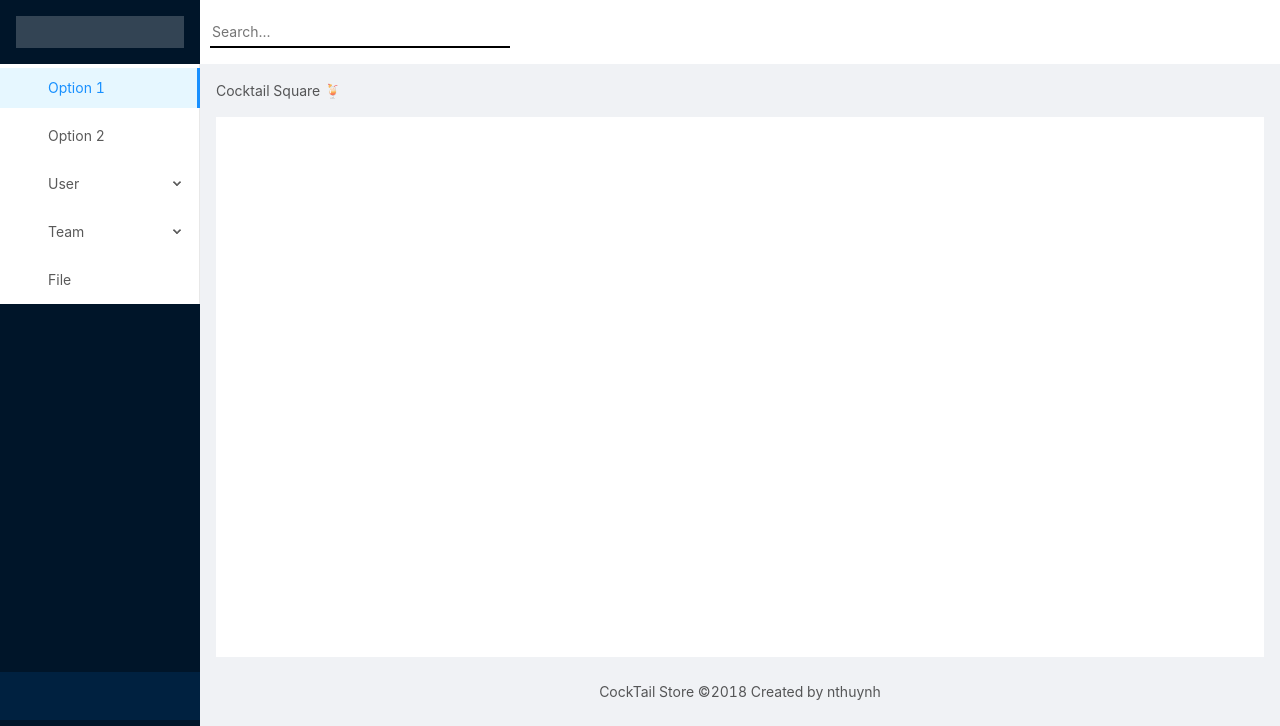
Repository: huynhnt1406/cocktail
Page: /
These files come from the project's save history. The page is drawn as it stood at one moment and after the next save; the edit follows.
The browser window is 1280 px wide. The pictures show the whole page.
The page's requests for data from a server got no answer. The project was rebuilt for these pictures with package versions that can differ from the ones it lists, and the page was loaded fresh each time. No one was signed in, and anything a server would have sent is missing.

Above is the page before, as saved 2021-05-06 00:25:33.

### public/index.html
<!DOCTYPE html>
<html lang="">
  <head>
    <meta charset="utf-8">
    <meta http-equiv="X-UA-Compatible" content="IE=edge">
    <meta name="viewport" content="width=device-width,initial-scale=1.0">
    <link rel="icon" href="<%= BASE_URL %>favicon.ico">
    <title><%= htmlWebpackPlugin.options.title %></title>
    <link rel="preconnect" href="https://fonts.gstatic.com">
    <link href="https://fonts.googleapis.com/css2?family=Poppins:ital,wght@0,200;0,300;1,400&display=swap" rel="stylesheet">
  </head>
  <body>
    <noscript>
      <strong>We're sorry but <%= htmlWebpackPlugin.options.title %> doesn't work properly without JavaScript enabled. Please enable it to continue.</strong>
    </noscript>
    <div id="app"></div>
    <!-- built files will be auto injected -->
  </body>
</html>

### src/main.js
import Vue from 'vue'
import App from './App.vue'
import store from './store/index'
import router from './router/index'
import 'ant-design-vue/dist/antd.css';
import Antd from 'ant-design-vue';
Vue.config.productionTip = false
Vue.use(Antd);
new Vue({
  store,
  router,
  render: h => h(App),
}).$mount('#app')

### src/App.vue
<template>
  <a-layout id="components-layout-demo-side" theme="light"  style="min-height: 100vh">
    <a-layout-sider v-model="collapsed" collapsible>
      <div class="logo" />
      <a-menu theme="light" :default-selected-keys="['1']" mode="inline">
        <a-menu-item key="1">
          <a-icon type="pie-chart" />
          <span>Option 1</span>
        </a-menu-item>
        <a-menu-item key="2">
          <a-icon type="desktop" />
          <span>Option 2</span>
        </a-menu-item>
        <a-sub-menu key="sub1">
          <span slot="title"><a-icon type="user" /><span>User</span></span>
          <a-menu-item key="3">
            Tom
          </a-menu-item>
          <a-menu-item key="4">
            Bill
          </a-menu-item>
          <a-menu-item key="5">
            Alex
          </a-menu-item>
        </a-sub-menu>
        <a-sub-menu key="sub2">
          <span slot="title"><a-icon type="team" /><span>Team</span></span>
          <a-menu-item key="6">
            Team 1
          </a-menu-item>
          <a-menu-item key="8">
            Team 2
          </a-menu-item>
        </a-sub-menu>
        <a-menu-item key="9">
          <a-icon type="file" />
          <span>File</span>
        </a-menu-item>
      </a-menu>
    </a-layout-sider>
    <a-layout>
      <a-layout-header style="background: #fff; padding: 0" >
        <SearchBar/>
      </a-layout-header>
      <a-layout-content style="margin: 0 16px">
        <a-breadcrumb style="margin: 16px 0">
          <a-breadcrumb-item>Cocktail Square 🍹</a-breadcrumb-item>
        </a-breadcrumb>
        <div class="cocktail-lists" :style="{ padding: '24px', background: '#fff', minHeight: '360px' }">
          <CockTail/>
        </div>
      </a-layout-content>
      <a-layout-footer style="text-align: center">
        CockTail Store ©2018 Created by nthuynh
      </a-layout-footer>
    </a-layout>
  </a-layout>
</template>
<script>
import SearchBar from './components/SearchBar'
import CockTail from './components/CockTail'
export default {
  data() {
    return {
      collapsed: false,
    };
  },
  components:{
    CockTail,
    SearchBar
  }
};
</script>

<style>
#components-layout-demo-side .logo {
  height: 32px;
  background: rgba(255, 255, 255, 0.2);
  margin: 16px;
}
#components-layout-demo-side{
  background-color: red;
}
.cocktail-lists{
  overflow-y: scroll;
  height: 75vh;
}
</style>

### src/store/index.js
import Vue from 'vue'
import Vuex from 'vuex'
import cocktail from './modules/cocktail'
Vue.use(Vuex)
export default new Vuex.Store({
    modules:{
        cocktail
    }
})

### src/router/index.js
import Vue from 'vue'
import VueRouter from 'vue-router'

Vue.use(VueRouter)

export default new VueRouter({
    mode:'history'
})

### src/components/SearchBar.vue
<template>
  <div class="searchbar">
    <div class="search-tool">
        <a-icon type="search"  />
        <input type="text" placeholder="Search..." >
    </div>
    <div class="icons">
        <a-avatar shape="square" icon="user" type="user" style="color:black ;backgroundColor:transparent; border-radius:7px "  />
    </div>
  </div>
</template>

<script>
export default {
}
</script>

<style>
.searchbar{
    display: flex;
    justify-content: space-between;
    align-items: center;
    padding-left:10px;
    padding-right: 10px;
}
.search-tool input{
    height: 30px;
    width: 300px;
    background-color: transparent;
    border-left:none;
    border-right: none;
    border-top:none;
    border-bottom: 2px solid black;
}
.search-tool input:focus{
    border-bottom: 2px solid green;
}
</style>

### src/components/CockTail.vue
<template >
    <div class="homepage">
        <div class="list" v-for="cocktail in allCocktails" :key="cocktail.id">
            <div class="each-cocktail">
                <div class="cocktail-img">
                     <img :src="cocktail.strDrinkThumb" :alt="cocktail.idDrink">
                </div>
                <div class="cocktail-detail">
                    <h3>Category : {{cocktail.strCategory}}</h3>
                </div>
            </div>
        </div>
    </div>
</template>
<script>
import {mapGetters, mapActions} from 'vuex'
export default {
    name:'Cocktail',
    computed: mapGetters(["allCocktails"]),
    created(){
        this.fetchCocktail()
    },
    methods:{
        ...mapActions(["fetchCocktail"])
    },
}
</script>
<style >
.homepage{
    font-family: "Poppins",sans-serif;
}
.list img{
    height: 150px;
    width: 150px;
}
.list{
    display: flex;
    flex-wrap: wrap;
}
</style>

### src/store/modules/cocktail.js
import axios from 'axios'

const state = {
    cocktailLists: []
}
const getters = {
    allCocktails : state => state.cocktailLists
}
const actions = {
    async fetchCocktail({commit}){
        const res = await axios.get('https://www.thecocktaildb.com/api/json/v1/1/search.php?f=b')
        commit('getCocktail', res.data.drinks)
        console.log(res.data.drinks)
    }
}

const mutations = {
    getCocktail : (state, cocktailLists) => state.cocktailLists = cocktailLists
}

export default {
    state,getters,actions,mutations
}

After the next save:
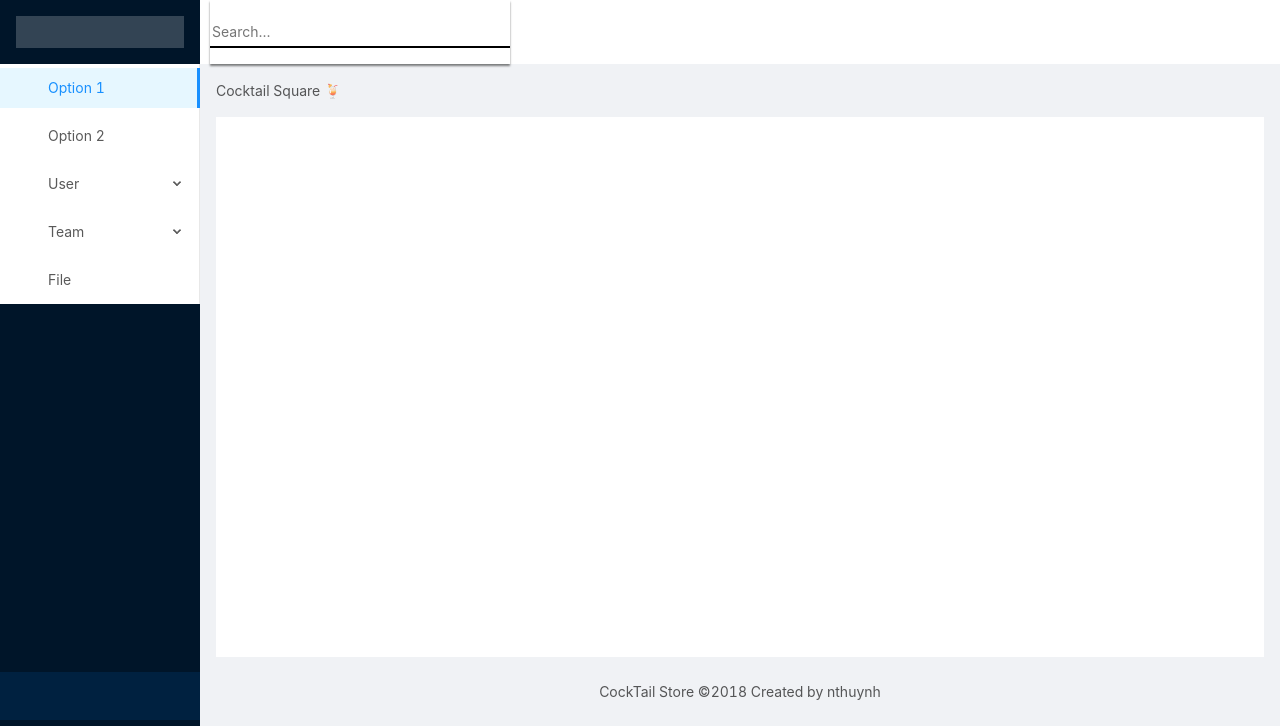
Saved 24 s later.
--- a/src/components/SearchBar.vue
+++ b/src/components/SearchBar.vue
@@ -35,4 +35,8 @@ export default {
 .search-tool input:focus{
     border-bottom: 2px solid green;
 }
+.search-tool {
+    background-color: white;
+    box-shadow: 0 2px 2px rgba(0,0,0,.5);
+}
 </style>
